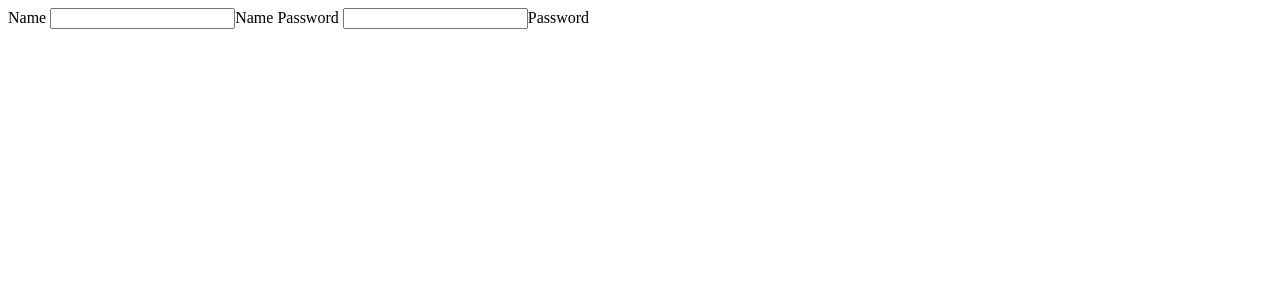
Repository: ntu34543/cut-landing-page-Figma
Page: home.html
The author's editor kept a copy of each file at every save. The page is drawn from the files as they stood at one save, then again after the next save.
The browser window is 1280 px wide. The pictures show the whole page.

Above is the page before, as saved 2022-09-13 22:13:55.

### home.html
<!DOCTYPE html>
<html lang="en">

<head>
    <meta charset="UTF-8">
    <meta http-equiv="X-UA-Compatible" content="IE=edge">
    <meta name="viewport" content="width=device-width, initial-scale=1.0">
    <title>Document</title>
    <script type="module"
        src="https://unpkg.com/ionicons@5.5.2/dist/ionicons/ionicons.esm.js"></script>
    <script nomodule src="https://unpkg.com/ionicons@5.5.2/dist/ionicons/ionicons.js"></script>
    <style>
        .div1 {
            background-color: red;
            width: 200px;
            height: 200px;
            /* display: flex;
            align-items: center; */
        }

        .div2 {
            background-color: yellow;
            width: 100px;
            height: 100px;
            /* display: flex;
            align-items: center; */
        }

        .div3 {
            background-color: blue;
            width: 100px;
            height: 100px;
        }

        .div4 {
            background-color: pink;
            width: 50px;
            height: 50px;
            display: flex;
            align-items: center;
        }

        .div5 {
            background-color: black;
            width: 50px;
            height: 50px;
        }

        .div6 {
            background-color: red;
            width: 30px;
            height: 30px;
            display: flex;
            justify-content: center;
            align-items: center;
        }

        .div7 {
            background-color: black;
            width: 30px;
            height: 30px;
        }

        .div8 {
            background-color: white;
            width: 10px;
            height: 10px;
        }

        .div9 {
            background-color: purple;
            width: 10px;
            height: 10px;
        }

        .p {
            /* margin: 113px; */
            box-sizing: border-box;
            padding: 53px;
            background-color: red;
            width: 150px;
            height: 150px;
            border: 5px solid black;
        }

        /* Form focus */
        .form-input {
            padding: 0 20px;
            border: 1px solid #eee;
            border-radius: 4px;
            width: 100%;
            height: 50px;
            transition: 0.25s ease;
        }

        .form-input:focus {
            border-color: #6a5af9;
        }

        .form-field {
            top: 50px;
            position: relative;
        }

        .form-label {
            position: absolute;
            top: 50%;
            transform: translateY(-50%);
            left: 21px;
            user-select: none;
            color: #999;
            pointer-events: none;
            transition: 0.25s ease;
        }

        .form-input:not(:placeholder-shown)+.form-label,
        .form-input:focus+.form-label {
            top: 0;
            pad: 0 10px;
            display: inline-block;
            background-color: white;
            color: #6a5af9;
        }

        /* menu */
        .menu {
            margin-top: 80px;
            background-color: #18273b;
            padding: 50px 0 50px 15px;
            border-radius: 16px;
            width: 200px;
        }

        .menu-item {
            padding: 15px;
            border-radius: 12px 0 0 12px;
            display: block;
            color: white;
            font-size: 16px;
            cursor: pointer;
            position: relative;
            margin-bottom: 10px;
        }

        .menu-item.active::before {
            content: "";
            width: 20px;
            height: 20px;
            background-color: #18273b;
            position: absolute;
            top: 0;
            right: 0;
            border-radius: 50%;
            transform: translateY(-100%);
            box-shadow: 10px 10px 0 0 white;
        }

        .menu-item.active::after {
            content: "";
            width: 20px;
            height: 20px;
            background-color: #18273b;
            position: absolute;
            bottom: 0;
            right: 0;
            border-radius: 50%;
            transform: translateY(100%);
            box-shadow: 10px -10px 0 0 white;
        }

        .menu-item.active {
            background-color: #fff;
            color: #624FFC;
        }

        .menu-item span {
            display: inline-block;
            margin-left: 10px;
        }

        .dessss{
            /* padding: 123px; */
            /* margin: 123px; */
            /* background-color: red; */
            /* outline: none; */
            /* border: none; */
        }
    </style>
</head>

<body>
    <form action="">
        <label for="name">Name</label>
        <input type="text">Name
        <label for="name">Password</label>
        <input type="text">Password
    </form>
    <!-- <p class="dessss">Margin and Padding</p> -->
    <!-- <h1 class="des">Margin and Padding</h1> -->
    <!-- <button class="dessss">dfafsfds</button> -->
    <!-- <div class="form-field">
        <input type="text" class="form-input" placeholder=" ">
        <label for="name" class="form-label">Name</label>
    </div> -->
    <!-- <ul class="menu">
        <li class="menu-item active">
            <ion-icon name="home-outline"></ion-icon>
            <span class="menu-text">Dashboard</span>
        </li>
        <li class="menu-item">
            <ion-icon name="bar-chart-outline"></ion-icon>
            <span class="menu-text">Report</span>
        </li>
        <li class="menu-item">
            <ion-icon name="people-outline"></ion-icon>
            <span class="menu-text">User</span>
        </li>
    </ul> -->
    <!-- <p class="p"></p> -->
    <!-- <div class="div1">
        <div class="div2">
            <div class="div4">
            </div>
            <div class="div5"></div>
        </div>
        <div class="div3"></div>
    </div> -->
    <!-- <div class="header-container">
        <img srcset="./images/logo.png 2x" alt="">
        <ul class="menu">
            <li class="menu-item">
                <a href="#" class="menu-link">About</a>
            </li>
            <li class="menu-item">
                <a href="#" class="menu-link">Features</a>
            </li>
            <li class="menu-item">
                <a href="#" class="menu-link">Pricing</a>
            </li>
            <li class="menu-item">
                <a href="#" class="menu-link">Testimonials</a>
            </li>
            <li class="menu-item">
                <a href="#" class="menu-link">Help</a>
            </li>
        </ul>
        <div class="header-auth">
            <a href="#" class="header-signin">Sign In</a>
            <a href="#" class="button button--outline" style="padding: 13px 44px;">Sign Up</a>
        </div>
    </div> -->
    <script>
        const menuItems = document.querySelectorAll(".menu-item");
        menuItems.forEach(item => item.addEventListener("click", function (event) {
            menuItems.forEach(el => el.classList.remove("active"));
            event.target.classList.add("active");
        }));
    </script>
</body>

</html>

After the next save:
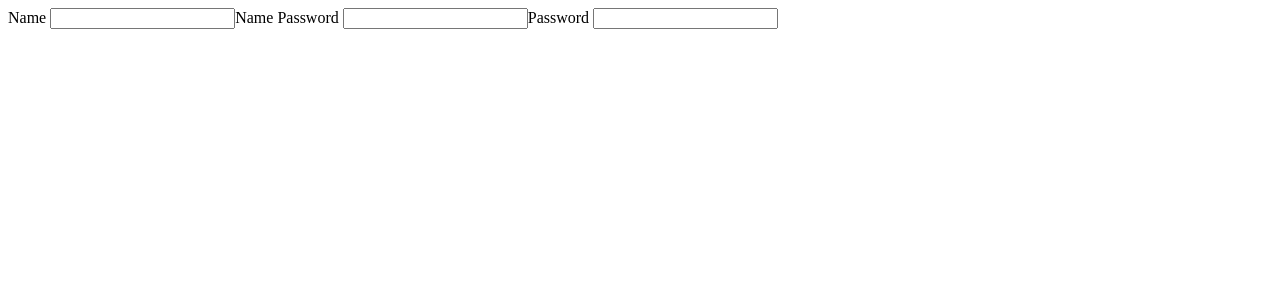
Saved 11 min 50 s later.
--- a/home.html
+++ b/home.html
@@ -194,6 +194,7 @@
         <input type="text">Name
         <label for="name">Password</label>
         <input type="text">Password
+        <input type="text">
     </form>
     <!-- <p class="dessss">Margin and Padding</p> -->
     <!-- <h1 class="des">Margin and Padding</h1> -->
